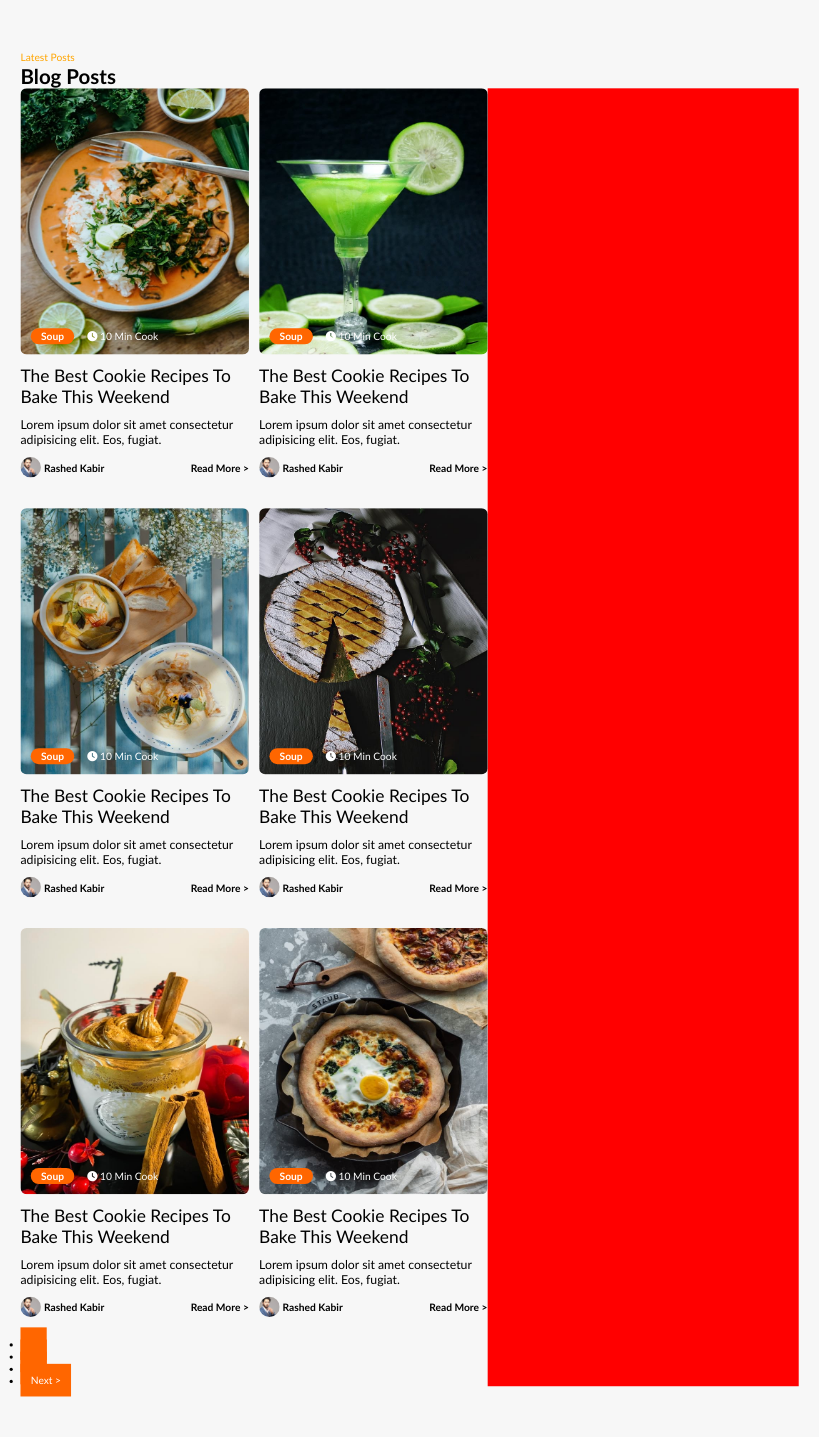
Repository: ngoctinvo/diner_project_cybersoft
Page: html/blog.html
An editor plug-in stored every save of this project. The page is shown before and after the next save, followed by the edit.
The browser window is 1280 px wide. The pictures show the whole page, at 64% of full size.
Some web libraries are served in a nearby version. The style sheet was rebuilt from its Sass, Less or Tailwind sources for each picture, by a compiler version that may differ from the author's.

Above is the page before, as saved 2022-04-19 10:34:12.

### html/blog.html
<!DOCTYPE html>
<html lang="en">

<head>
    <meta charset="UTF-8">
    <meta http-equiv="X-UA-Compatible" content="IE=edge">
    <meta name="viewport" content="width=device-width, initial-scale=1.0">
    <title>Document</title>
    <link rel="stylesheet" href="https://cdnjs.cloudflare.com/ajax/libs/font-awesome/6.1.1/css/all.min.css" integrity="sha512-KfkfwYDsLkIlwQp6LFnl8zNdLGxu9YAA1QvwINks4PhcElQSvqcyVLLD9aMhXd13uQjoXtEKNosOWaZqXgel0g==" crossorigin="anonymous" referrerpolicy="no-referrer"
    />
    <link rel="stylesheet" href="../css/blog.css">
</head>

<body>
    <header></header>
    <section class="blog">
        <div class="container">
            <div class="title">
                <p>Latest Posts</p>
                <h1>Blog Posts</h1>
            </div>
            <div class="row">
                <div class="left-posts">
                    <div class="list">
                        <div class="item">
                            <div class="img">
                                <img src="../img/blog/g1.jpg" alt="">
                                <div class="info-img">
                                    <button>Soup</button>
                                    <span><i class="fa fa-clock"></i> 10 Min Cook</span>
                                </div>

                            </div>
                            <div class="content">
                                <h3>The Best Cookie Recipes To Bake This Weekend</h3>
                                <p>Lorem ipsum dolor sit amet consectetur adipisicing elit. Eos, fugiat.</p>
                            </div>
                            <div class="author">
                                <div class="author-info">
                                    <a href="#">
                                        <img src="../img/blog/team1.jpg" alt="">
                                        <span>Rashed Kabir</span>
                                    </a>
                                </div>

                                <a href="#">Read More ></a>
                            </div>
                        </div>
                        <div class="item">
                            <div class="img">
                                <img src="../img/blog/g2.jpg" alt="">
                                <div class="info-img">
                                    <button>Soup</button>
                                    <span><i class="fa fa-clock"></i> 10 Min Cook</span>
                                </div>

                            </div>
                            <div class="content">
                                <h3>The Best Cookie Recipes To Bake This Weekend</h3>
                                <p>Lorem ipsum dolor sit amet consectetur adipisicing elit. Eos, fugiat.</p>
                            </div>
                            <div class="author">
                                <div class="author-info">
                                    <a href="#">
                                        <img src="../img/blog/team1.jpg" alt="">
                                        <span>Rashed Kabir</span>
                                    </a>
                                </div>

                                <a href="#">Read More ></a>
                            </div>
                        </div>
                        <div class="item">
                            <div class="img">
                                <img src="../img/blog/g3.jpg" alt="">
                                <div class="info-img">
                                    <button>Soup</button>
                                    <span><i class="fa fa-clock"></i> 10 Min Cook</span>
                                </div>

                            </div>
                            <div class="content">
                                <h3>The Best Cookie Recipes To Bake This Weekend</h3>
                                <p>Lorem ipsum dolor sit amet consectetur adipisicing elit. Eos, fugiat.</p>
                            </div>
                            <div class="author">
                                <div class="author-info">
                                    <a href="#">
                                        <img src="../img/blog/team1.jpg" alt="">
                                        <span>Rashed Kabir</span>
                                    </a>
                                </div>

                                <a href="#">Read More ></a>
                            </div>
                        </div>
                        <div class="item">
                            <div class="img">
                                <img src="../img/blog/g4.jpg" alt="">
                                <div class="info-img">
                                    <button>Soup</button>
                                    <span><i class="fa fa-clock"></i> 10 Min Cook</span>
                                </div>

                            </div>
                            <div class="content">
                                <h3>The Best Cookie Recipes To Bake This Weekend</h3>
                                <p>Lorem ipsum dolor sit amet consectetur adipisicing elit. Eos, fugiat.</p>
                            </div>
                            <div class="author">
                                <div class="author-info">
                                    <a href="#">
                                        <img src="../img/blog/team1.jpg" alt="">
                                        <span>Rashed Kabir</span>
                                    </a>
                                </div>

                                <a href="#">Read More ></a>
                            </div>
                        </div>
                        <div class="item">
                            <div class="img">
                                <img src="../img/blog/g5.jpg" alt="">
                                <div class="info-img">
                                    <button>Soup</button>
                                    <span><i class="fa fa-clock"></i> 10 Min Cook</span>
                                </div>

                            </div>
                            <div class="content">
                                <h3>The Best Cookie Recipes To Bake This Weekend</h3>
                                <p>Lorem ipsum dolor sit amet consectetur adipisicing elit. Eos, fugiat.</p>
                            </div>
                            <div class="author">
                                <div class="author-info">
                                    <a href="#">
                                        <img src="../img/blog/team1.jpg" alt="">
                                        <span>Rashed Kabir</span>
                                    </a>
                                </div>

                                <a href="#">Read More ></a>
                            </div>
                        </div>
                        <div class="item">
                            <div class="img">
                                <img src="../img/blog/g6.jpg" alt="">
                                <div class="info-img">
                                    <button>Soup</button>
                                    <span><i class="fa fa-clock"></i> 10 Min Cook</span>
                                </div>

                            </div>
                            <div class="content">
                                <h3>The Best Cookie Recipes To Bake This Weekend</h3>
                                <p>Lorem ipsum dolor sit amet consectetur adipisicing elit. Eos, fugiat.</p>
                            </div>
                            <div class="author">
                                <div class="author-info">
                                    <a href="#">
                                        <img src="../img/blog/team1.jpg" alt="">
                                        <span>Rashed Kabir</span>
                                    </a>
                                </div>

                                <a href="#">Read More ></a>
                            </div>
                        </div>
                    </div>
                    <div class="control-btn">
                        <ul>
                            <li><span>1</span></li>
                            <li><span>2</span></li>
                            <li><span>3</span></li>
                            <li><span>Next ></span></li>

                        </ul>
                    </div>
                </div>
                <div class="right-posts">
                    <!-- <div class="right-container">
                        <div class="item latest-recipes">
                            <h2>Lastest recipes</h2>
                            <div class="list">
                                <div class="item">
                                    <img src="../img/blog/banner1.jpg">
                                    <span>How to make capuccino</span>
                                </div>
                                <div class="item">
                                    <img src="../img/blog/banner1.jpg">
                                    <span>How to make capuccino</span>
                                </div>
                                <div class="item">
                                    <img src="../img/blog/banner1.jpg">
                                    <span>How to make capuccino</span>
                                </div>
                                <div class="item">
                                    <img src="../img/blog/banner1.jpg">
                                    <span>How to make capuccino</span>
                                </div>
                            </div>
                        </div>
                        <div class="item trending-posts">
                            <h3>Trending posts</h3>
                            <div class="list">
                                <div class="item">
                                    <img src="../img/blog/g3.jpg" alt="">
                                    <div class="info">
                                        <p>12 Curry Recipes You’ll Ever Need</p>
                                        <span>Feb 4, 2021</span>
                                    </div>
                                </div>
                            </div>
                        </div>
                        <div class="item categories">
                            <h3>Categories</h3>
                            <ul>
                                <li>
                                    <a href="#">Desserts</a>
                                </li>
                                <li>
                                    <a href="#">Cakes and Biscuits</a>
                                </li>
                                <li>
                                    <a href="#">Food recipes</a>
                                </li>

                            </ul>
                        </div>
                        <div class="item advertisement">
                            <h3>Advertisement</h3>
                            <img src="../img/blog/g1.jpg" alt="">
                        </div>
                    </div> -->



                </div>
            </div>
        </div>
        </div>
    </section>
    <footer></footer>
</body>

</html>

### sass/blog.scss
* {
    margin: 0;
    padding: 0;
    box-sizing: border-box;
    font-family: 'Gill Sans', 'Gill Sans MT', Calibri, 'Trebuchet MS', sans-serif;
}

.blog {
    color: black;
    .container {
        width: 100%;
        background-color: #f7f7f7;
        padding: 5rem 2rem;
        .title {
            p {
                color: orange;
                font-size: 1rem;
            }
            h1 {
                font-size: 2rem;
            }
        }
        .row {
            display: flex;
            flex-direction: row;
            .left-posts {
                width: 60%;
                .list {
                    display: grid;
                    grid-template-columns: 1fr 1fr;
                    grid-template-rows: repeat(3, 50vw);
                    gap: 1rem;
                    .item {
                        margin-bottom: 5rem;
                        width: 100%;
                        height: 100%;
                        .img {
                            position: relative;
                            height: 65%;
                            width: 100%;
                            img {
                                border-radius: 0.6rem;
                                width: 100%;
                                height: 100%;
                            }
                            .info-img {
                                position: absolute;
                                width: 100%;
                                bottom: 0;
                                left: 0;
                                button {
                                    cursor: pointer;
                                    font-size: 1rem;
                                    font-weight: 600;
                                    color: white;
                                    padding: 0.2rem 1rem;
                                    border-radius: 1rem;
                                    border: none;
                                    margin: 1rem;
                                    background-color: #ff6600;
                                }
                                span {
                                    color: white;
                                }
                            }
                        }
                        .content {
                            h3 {
                                margin: 1rem 0;
                                font-size: 1.7rem;
                                font-weight: 500;
                            }
                            p {
                                font-size: 1.2rem;
                                font-weight: 300;
                            }
                        }
                        .author {
                            margin-top: 1rem;
                            display: flex;
                            flex-direction: row;
                            justify-content: space-between;
                            align-items: center;
                            a {
                                display: flex;
                                flex-direction: row;
                                align-items: center;
                            }
                            .author-info {
                                margin-right: 1rem;
                                img {
                                    width: 2rem;
                                    border-radius: 50%;
                                    margin-right: 0.3rem;
                                }
                            }
                            a {
                                text-decoration: none;
                                color: black;
                                font-size: 1rem;
                                font-weight: 600;
                            }
                        }
                    }
                }
                .control-btn {
                    li span {
                        background-color: #ff6600;
                        padding: 1rem;
                        color: white;
                    }
                }
            }
            .right-posts {
                width: 40%;
                background-color: red;
            }
        }
    }
}

After the next save:
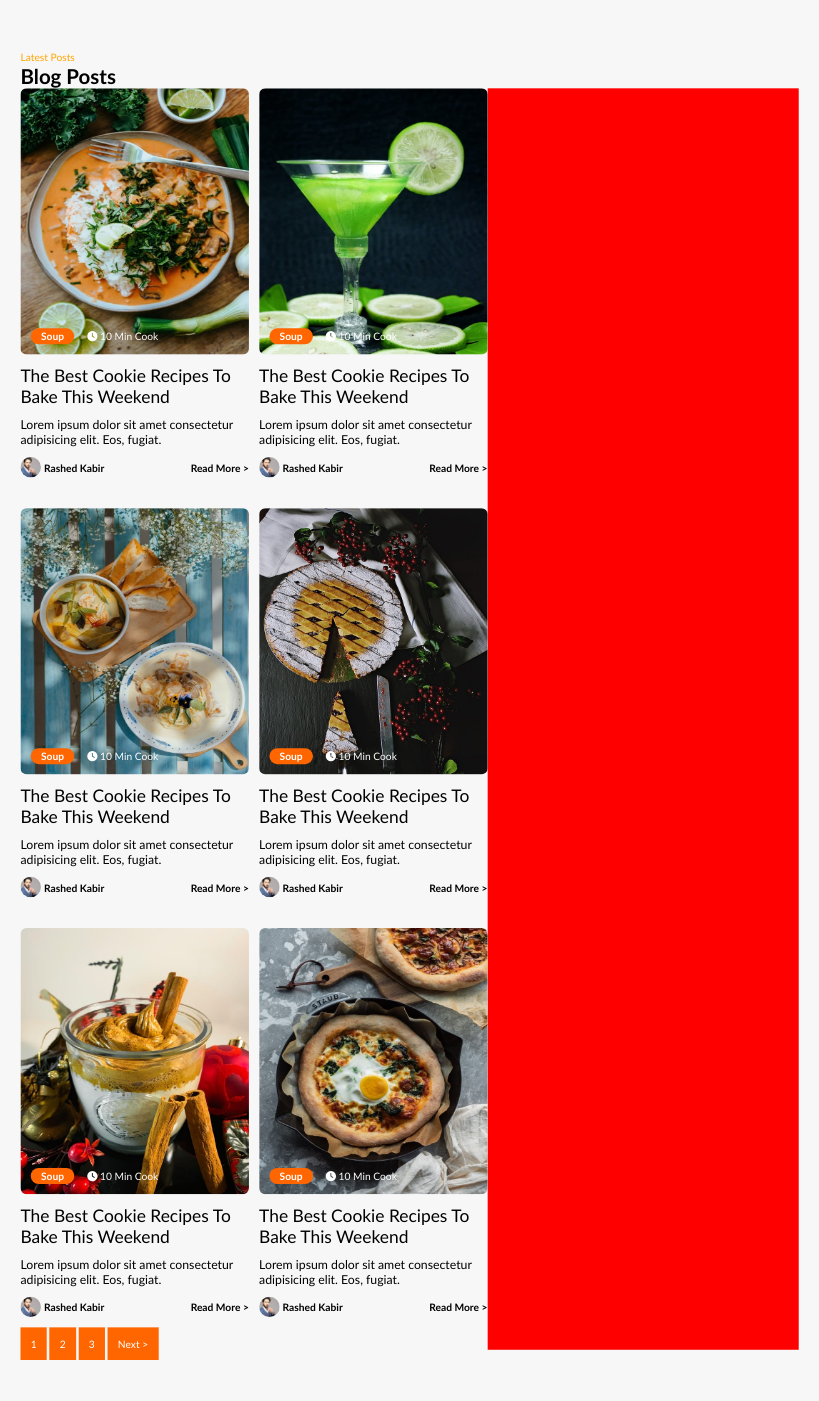
Saved 11 s later.
--- a/sass/blog.scss
+++ b/sass/blog.scss
@@ -104,6 +104,9 @@
                     }
                 }
                 .control-btn {
+                    li {
+                        display: inline-block;
+                    }
                     li span {
                         background-color: #ff6600;
                         padding: 1rem;
